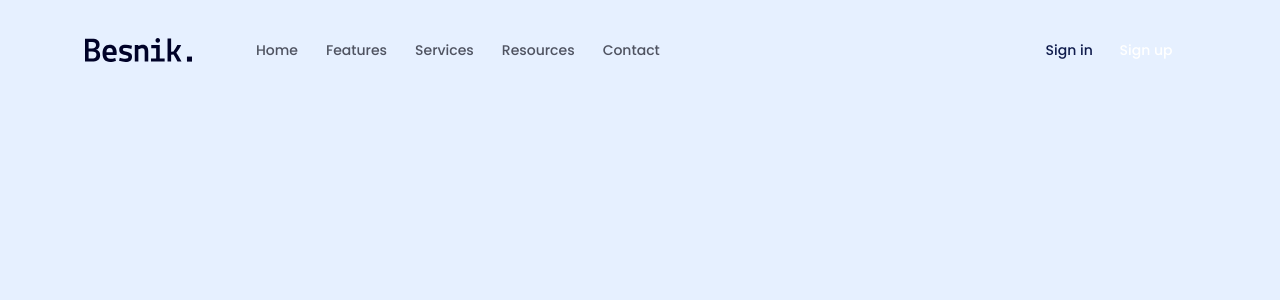
Repository: Tibi2003/f8-htmlcss-01
Page: index.html
These files come from the project's save history. The page is drawn as it stood at one moment and after the next save; the edit follows.
The browser window is 1280 px wide. The pictures show the whole page.

Above is the page before, as saved 2024-02-05 16:12:40.

After the next save:
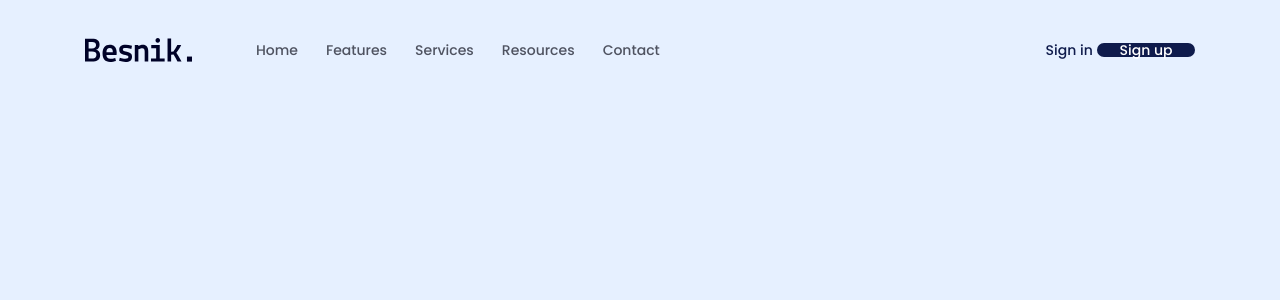
Saved 29 s later.
--- a/assets/css/styles.css
+++ b/assets/css/styles.css
@@ -20,7 +20,7 @@ a {
 	display: inline-block;
 	min-width: 98px;
 	border-radius: 8px;
-	color: #0f1b4c;
+	background: #0f1b4c;
 	font-size: 1.4rem;
 	font-weight: 500;
 	text-align: center;
